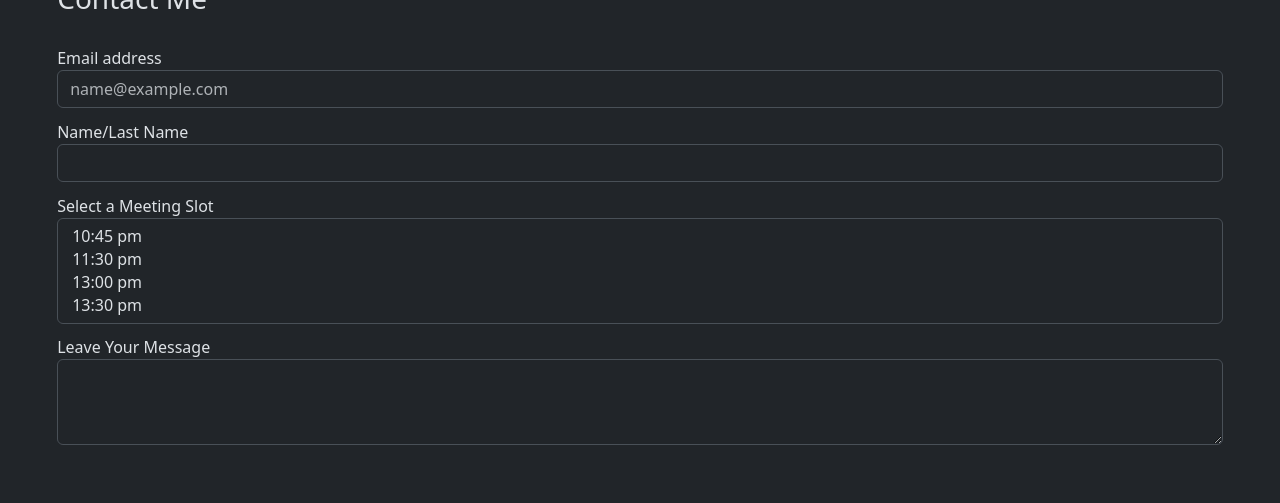
Repository: uvee35/Bootstrap-Portfolio
Page: index.html
An editor plug-in stored every save of this project. The page is shown before and after the next save, followed by the edit.
The browser window is 1280 px wide. The pictures show the part of the page from y = 1633 to 2585 px (the page is 2136 px tall before and 2366 px after).
A picture or video elsewhere on the page could not be fetched, so the positions and the page height are approximate.

Above is the page before, as saved 2023-12-18 20:29:49.

### index.html
<!DOCTYPE html>
<html lang="en" data-bs-theme="dark">
  <head>
    <meta charset="utf-8" />
    <meta name="viewport" content="width=device-width, initial-scale=1" />
    <title>Bootstrap demo</title>
    <link
      href="https://cdn.jsdelivr.net/npm/bootstrap@5.3.2/dist/css/bootstrap.min.css"
      rel="stylesheet"
      integrity="sha384-T3c6CoIi6uLrA9TneNEoa7RxnatzjcDSCmG1MXxSR1GAsXEV/Dwwykc2MPK8M2HN"
      crossorigin="anonymous"
    />
    <link rel="stylesheet" href="./css/style.css" />
    <link
      rel="stylesheet"
      href="https://cdnjs.cloudflare.com/ajax/libs/font-awesome/5.15.4/css/all.min.css"
    />
  </head>
  <body>
    <!-- Navbar -->
    <nav class="navbar navbar-expand-lg navbar-light bg-dark">
      <div class="container-fluid">
        <!-- Brand/logo -->
        <a class="navbar-brand" href="#home">Victor Marques</a>
        <i class="fab fa-html5"></i>

        <!-- Toggle button for small screens -->
        <button
          class="navbar-toggler"
          type="button"
          data-bs-toggle="collapse"
          data-bs-target="#navbarNavAltMarkup"
          aria-controls="navbarNavAltMarkup"
          aria-expanded="false"
          aria-label="Toggle navigation"
        >
          <span class="navbar-toggler-icon"></span>
        </button>

        <!-- Navbar links -->
        <div
          class="collapse navbar-collapse justify-content-end"
          id="navbarNavAltMarkup"
        >
          <div class="navbar-nav">
            <a class="nav-link" href="#about-me">About Me</a>
            <a class="nav-link" href="#work">Work</a>
            <a class="nav-link" href="#work">Skills</a>
            <a class="nav-link" href="#contact">Contact</a>
          </div>
        </div>
      </div>
    </nav>

    <!-- Hero Section -->
    <section class="hero-section bg-dark text-center py-5" id="hero">
      <div class="container">
        <img
          src="./css/images/victor.JPG"
          alt="Your Name"
          class="rounded-circle mb-3"
          style="width: 150px; height: 150px"
        />
        <h1 class="display-4">Victor Marques</h1>
        <p class="lead">Front-end Developer | Creative Designer</p>
        <p>
          Welcome to my professional portfolio. Here you can find a showcase of
          my work, projects I've contributed to, and the skills I bring to the
          table.
        </p>
      </div>
      <button type="button" class="btn btn-primary btn-lg">Let's Talk</button>
      <button type="button" class="btn btn-secondary btn-lg">My Skills</button>
    </section>

    <!-- Cards -->
    <div class="container-fluid" id="work">
      <div class="row">
        <h1 class="col-12" id="work-text">My Portfolio</h1>
        <!-- Card 1 -->
        <div class="cardContainer col-lg-3 col-md-3 col-sm-6 padding-top">
          <div class="card">
            <img
              src="./css/images/card1photo.png"
              class="card-img-top"
              alt="..."
            />
            <div class="card-body">
              <h4 class="card-title">Horiseon Website</h4>
              <p class="card-text">
                Horiseon is a website crafted with HTML and CSS, focusing on
                accessibility and search engine optimization...
              </p>
              <a
                href="https://uvee35.github.io/Victor-Module1Challenge/"
                class="btn btn-primary"
                >See Live Demo</a
              >
            </div>
          </div>
        </div>
        <!-- End card 1 -->

        <!-- Card 2 -->
        <div class="cardContainer col-lg-3 col-md-3 col-sm-6">
          <div class="card">
            <img src="./css/images/card2.png" class="card-img-top" alt="..." />
            <div class="card-body">
              <h4 class="card-title">Portfolio</h4>
              <p class="card-text">
                This portfolio website, built using HTML, CSS, and Flexbox,
                features a modern and responsive design...
              </p>
              <a
                href="https://uvee35.github.io/Challenge2-Victor/."
                class="btn btn-primary"
                >See Live Demo</a
              >
            </div>
          </div>
        </div>
        <!-- End card 2 -->

        <!-- Card 3 -->
        <div class="cardContainer col-lg-3 col-md-3 col-sm-6">
          <div class="card">
            <img src="./css/images/card3.png" class="card-img-top" alt="..." />
            <div class="card-body">
              <h4 class="card-title">NiceAdmin</h4>
              <p class="card-text">
                NiceAdmin is a website designed using HTML, CSS, and Bootstrap,
                offering a user-friendly admin and dashboard interface...
              </p>
              <a
                href="https://bootstrapmade.com/demo/NiceAdmin/"
                class="btn btn-primary"
                >See Live Demo</a
              >
            </div>
          </div>
        </div>
        <!-- End card 3 -->
        <!-- Card 4 -->
        <div class="cardContainer col-lg-3 col-md-3 col-sm-6">
          <div class="card">
            <img src="./css/images/card4.png" class="card-img-top" alt="..." />
            <div class="card-body">
              <h4 class="card-title">EstateAgency</h4>
              <p class="card-text">
                EstateAgency is a sleek, Bootstrap-based real estate website
                template, ideal for agencies and realtors...
              </p>
              <a
                href="https://bootstrapmade.com/demo/EstateAgency/"
                class="btn btn-primary"
                >See Live Demo</a
              >
            </div>
          </div>
        </div>
        <!-- End card 4 -->
      </div>
    </div>
    <!-- End cards -->

    <!-- Skills Section -->

    <div class="container-fluid" id="Skills">
      <div class="row mb-4">
        <h2 class="col-12" style="text-align: center; padding-top: 20px">
          My Skills
        </h2>
      </div>

      <div class="container">
        <div class="row align-items-center mb-2">
          <div class="col-md-3">
            <span class="badge text-bg-primary">HTML5</span>
          </div>
          <div class="col-md-9">
            <div
              class="bg-primary"
              style="width: 70%; height: 20px; text-align: center"
            >
              70%
            </div>
          </div>
        </div>
        <div class="row align-items-center mb-2">
          <div class="col-md-3">
            <span class="badge text-bg-secondary">CSS</span>
          </div>
          <div class="col-md-9">
            <div
              class="bg-secondary"
              style="width: 70%; height: 20px; text-align: center"
            >
              70%
            </div>
          </div>
        </div>
        <div class="row align-items-center mb-2">
          <div class="col-md-3">
            <span class="badge text-bg-success">Flexbox</span>
          </div>
          <div class="col-md-9">
            <div
              class="bg-success"
              style="width: 85%; height: 20px; text-align: center"
            >
              85%
            </div>
          </div>
        </div>
        <div class="row align-items-center mb-2">
          <div class="col-md-3">
            <span class="badge text-bg-danger">Responsive Design</span>
          </div>
          <div class="col-md-9">
            <div
              class="bg-danger"
              style="width: 75%; height: 20px; text-align: center"
            >
              75%
            </div>
          </div>
        </div>
        <div class="row align-items-center mb-2">
          <div class="col-md-3">
            <span class="badge text-bg-warning">UX Design</span>
          </div>
          <div class="col-md-9">
            <div
              class="bg-warning"
              style="width: 75%; height: 20px; text-align: center"
            >
              75%
            </div>
          </div>
        </div>

        <p style="padding-top: 35px">
          Percentages displayed alongside my skills reflect my current
          proficiency levels. While they indicate a strong foundation in HTML5,
          CSS, Flexbox, Responsive Design, and UX Design, they also suggest room
          for further growth. I am committed to continuous learning and daily
          practice to enhance these skills. My dedication to staying updated
          with the latest industry standards and best practices ensures that I
          am always improving and ready to tackle new challenges in the
          ever-evolving field of web development.
        </p>
      </div>
    </div>

    <!-- Contact Me -->
    <div class="container-fluid" id="contact-me">

    <form style="padding: 3%" style="display: flex; justify-content: center">
      <h3>Contact Me</h3>
      <div class="form-group" style="padding-top: 2%">
        <label for="exampleFormControlInput1">Email address</label>
        <input
          type="email"
          class="form-control"
          id="exampleFormControlInput1"
          placeholder="name@example.com"
        />
      </div>
      <div class="form-group" style="margin-top: 1%">
        <label for="exampleFormControlInput1">Name/Last Name</label>
        <input type="text" class="form-control" id="description" />
      </div>
      <div class="form-group" style="margin-top: 1%">
        <label for="exampleFormControlSelect2">Select a Meeting Slot</label>
        <select multiple class="form-control" id="exampleFormControlSelect2">
          <option>10:45 pm</option>
          <option>11:30 pm</option>
          <option>13:00 pm</option>
          <option>13:30 pm</option>
        </select>
      </div>
      <div class="form-group" style="margin-top: 1%">
        <label for="exampleFormControlTextarea1">Leave Your Message</label>
        <textarea
          class="form-control"
          id="exampleFormControlTextarea1"
          rows="3"
        ></textarea>
      </div>
    </div>
    </form>

    <script
      src="https://cdn.jsdelivr.net/npm/bootstrap@5.3.2/dist/js/bootstrap.bundle.min.js"
      integrity="sha384-C6RzsynM9kWDrMNeT87bh95OGNyZPhcTNXj1NW7RuBCsyN/o0jlpcV8Qyq46cDfL"
      crossorigin="anonymous"
    ></script>
  </body>
</html>

### css/style.css
.hero-section {
    background-color: #121212; /* Dark background color */
    color: #ffffff; /* White text color for contrast */
    position: relative; /* Position relative for absolute positioning of buttons */
    z-index: 1; /* Ensure the layering is correct */
  }


  .hero-buttons {
    position: absolute;
    bottom: 20px;
    left: 50%;
    transform: translateX(-50%); /* Center the buttons */
    z-index: 2; /* Above the background image */
  }

  /* If you have a specific background image you want to use */
  .hero-section {
    background-image: url('./images/planet-1702788_1920.jpg');
    background-size: cover;
    background-position: center;
  }

  #Skills {
    border: 1px solid #ccc;
    border-radius: 5px;
    padding: 20px;
  }

  #work{
    border: 1px solid none;
    border-radius: 5px;
    padding: 20px;
  }

.col-12{
text-align: center;
 padding-top: 5px;
 padding-bottom: 2%;
}

#contact-me{
  border: 1px solid none;
    border-radius: 5px;
    padding: 20px;
}

After the next save:
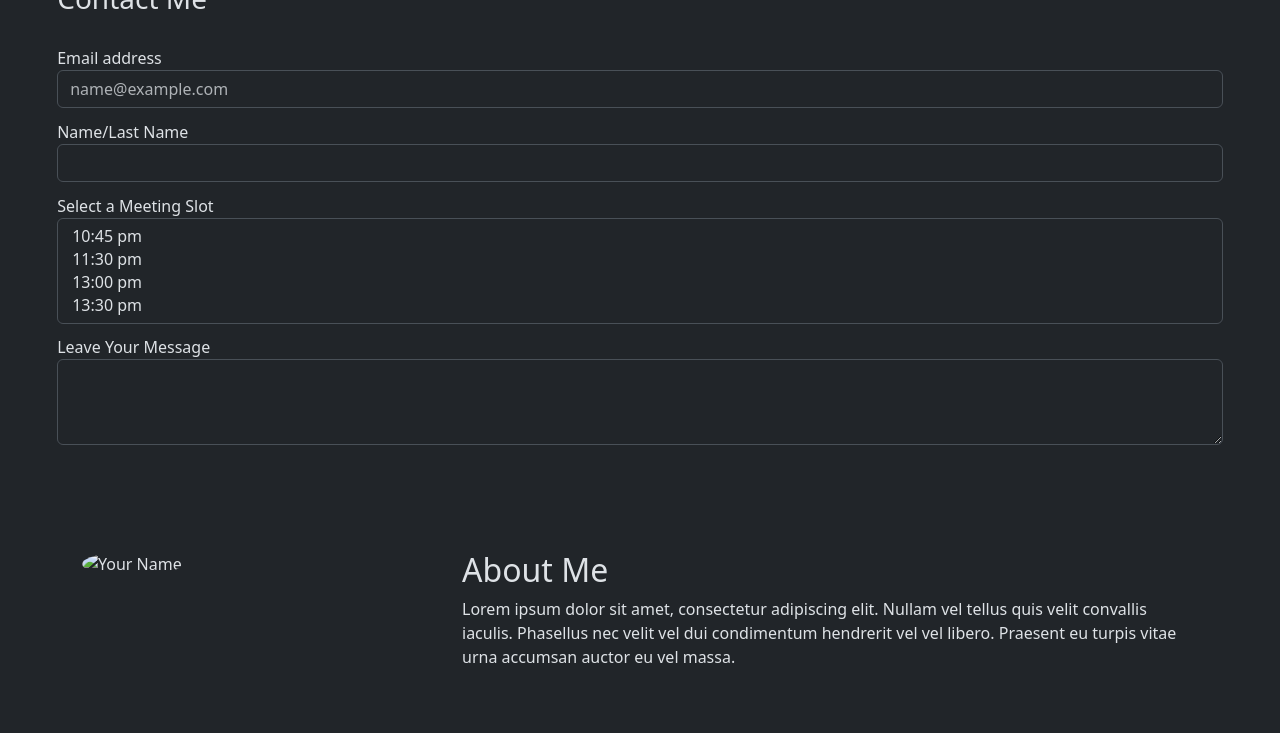
Not found: your-image.jpg
Saved 5 min 50 s later.
--- a/index.html
+++ b/index.html
@@ -290,6 +290,21 @@
     </div>
     </form>
 
+    <!-- About Me Section -->
+<section class="container my-5">
+  <div class="row">
+      <!-- Picture Column -->
+      <div class="col-lg-4">
+          <img src="your-image.jpg" alt="Your Name" class="img-fluid rounded-circle">
+      </div>
+      <!-- Text Column -->
+      <div class="col-lg-8">
+          <h2>About Me</h2>
+          <p>Lorem ipsum dolor sit amet, consectetur adipiscing elit. Nullam vel tellus quis velit convallis iaculis. Phasellus nec velit vel dui condimentum hendrerit vel vel libero. Praesent eu turpis vitae urna accumsan auctor eu vel massa.</p>
+      </div>
+  </div>
+</section>
+
     <script
       src="https://cdn.jsdelivr.net/npm/bootstrap@5.3.2/dist/js/bootstrap.bundle.min.js"
       integrity="sha384-C6RzsynM9kWDrMNeT87bh95OGNyZPhcTNXj1NW7RuBCsyN/o0jlpcV8Qyq46cDfL"

After the save that followed:
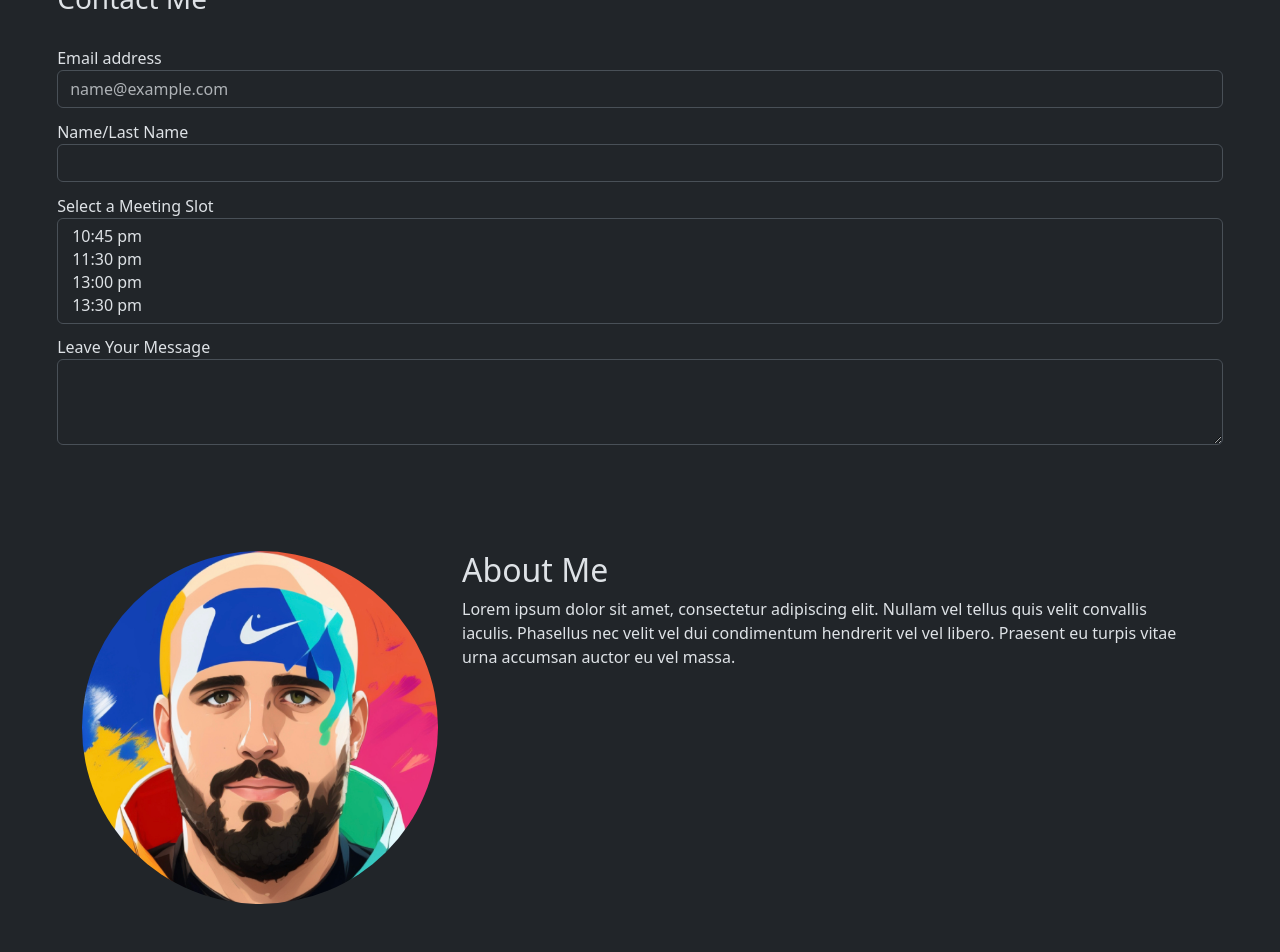
Saved 14 s later.
--- a/index.html
+++ b/index.html
@@ -295,7 +295,7 @@
   <div class="row">
       <!-- Picture Column -->
       <div class="col-lg-4">
-          <img src="your-image.jpg" alt="Your Name" class="img-fluid rounded-circle">
+          <img src="./css/images/victor.JPG" alt="Your Name" class="img-fluid rounded-circle">
       </div>
       <!-- Text Column -->
       <div class="col-lg-8">
